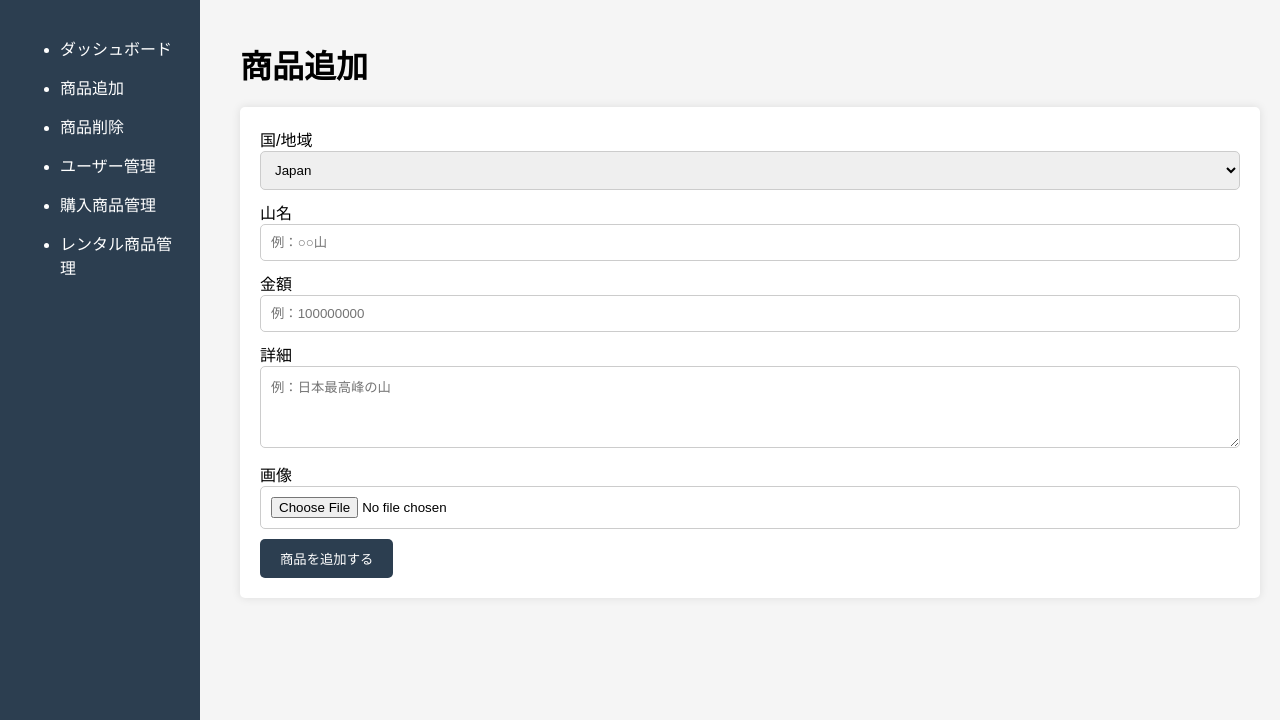
Repository: magome112/Oasis2024920
Page: http://localhost/_12_kanri.shohin.php
The author's editor kept a copy of each file at every save. The page is drawn from the files as they stood at one save, then again after the next save.
The browser window is 1280 px wide. The pictures show the whole page.
The page is run by PHP 8.4 with error messages shown; the project is at /var/www/html/.

Above is the page before, as saved 2024-12-06 11:19:42.

After the next save:
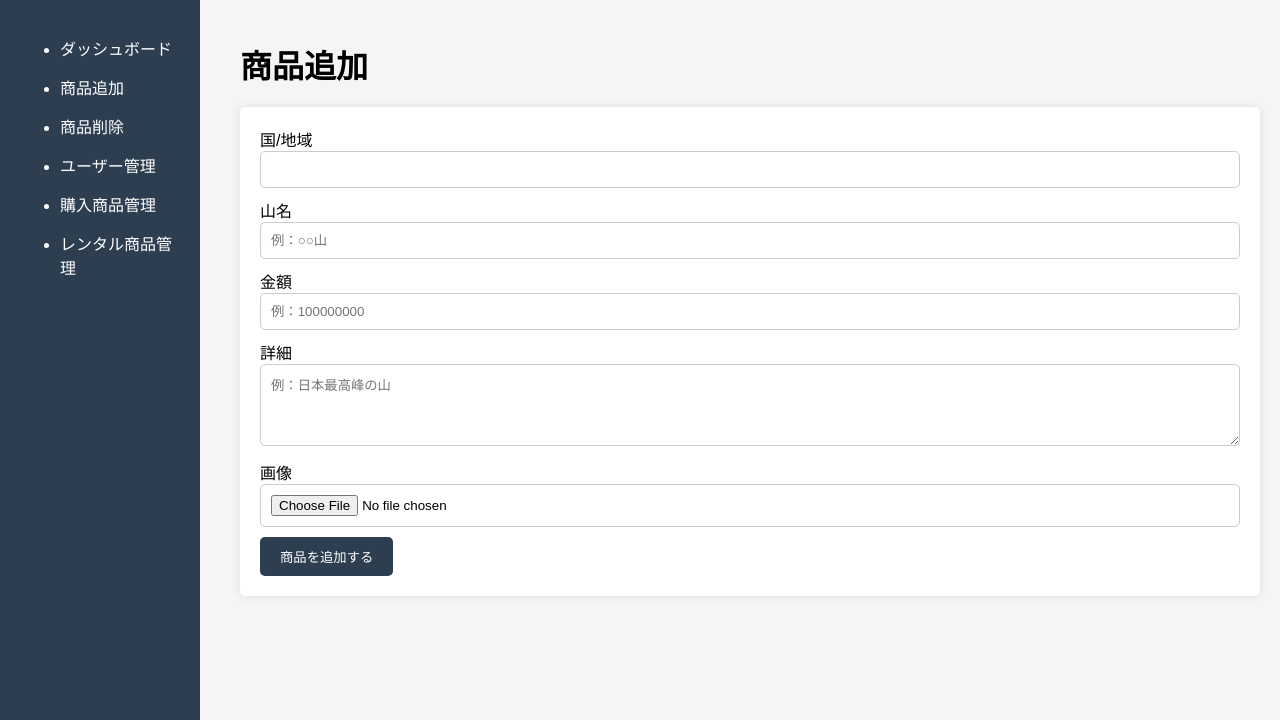
Saved 11 min 12 s later.
--- a/_12_kanri.shohin.php
+++ b/_12_kanri.shohin.php
@@ -126,12 +126,8 @@ if ($_SERVER['REQUEST_METHOD'] === 'POST') {
     <div class="main-content">
         <h1>商品追加</h1>
         <form method="POST" enctype="multipart/form-data">
-            <label for="region">国/地域</label>
-            <select name="region" id="region">
-                <option value="Japan">Japan</option>
-                <option value="USA">USA</option>
-                <option value="France">France</option>
-            </select>
+            <label for="country_name">国/地域</label>
+                <input type="text" name="country_name">
 
             <label for="mountain_name">山名</label>
             <input type="text" name="mountain_name" id="mountain_name" placeholder="例：○○山" required>
